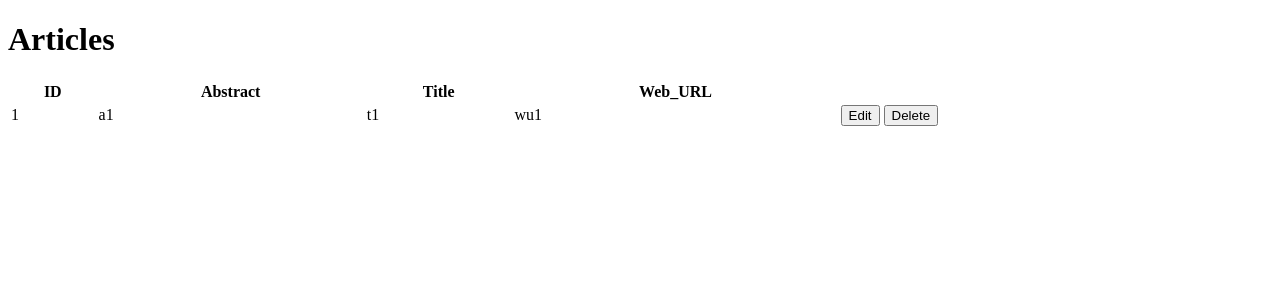
Repository: iuliaclisu/CCproject
Page: server/frontend/index.html
The author's editor kept a record of every edit. The page is drawn from the files as they stood at one moment, then again after the next edit.
The browser window is 1280 px wide. The pictures show the whole page.

Above is the page before.

### server/frontend/index.html
<!DOCTYPE html>
<html>
    <head>
        <title>Article list</title>
    </head>
    <body>
        <h1>Articles</h1>
        <table style="width:100%;">
    <tr>
        <th>ID</th>
        <th>Abstract</th>
        <th>Title</th>
        <th>Web_URL</th>
    </tr>
    <tr>
        <td>1</td>
        <td>a1</td>
        <td>t1</td>
        <td>wu1</td>
        <td>
            <button>Edit</button>
            <button>Delete</button>
        </td>
    </tr>
</table>


    </body>
</html>

After the next edit:
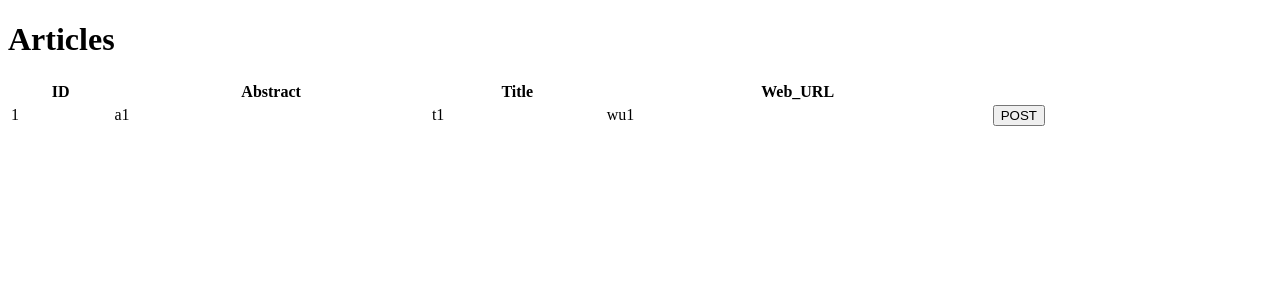
The edit:
--- a/server/frontend/index.html
+++ b/server/frontend/index.html
@@ -18,8 +18,7 @@
         <td>t1</td>
         <td>wu1</td>
         <td>
-            <button>Edit</button>
-            <button>Delete</button>
+            <button>POST</button>
         </td>
     </tr>
 </table>
